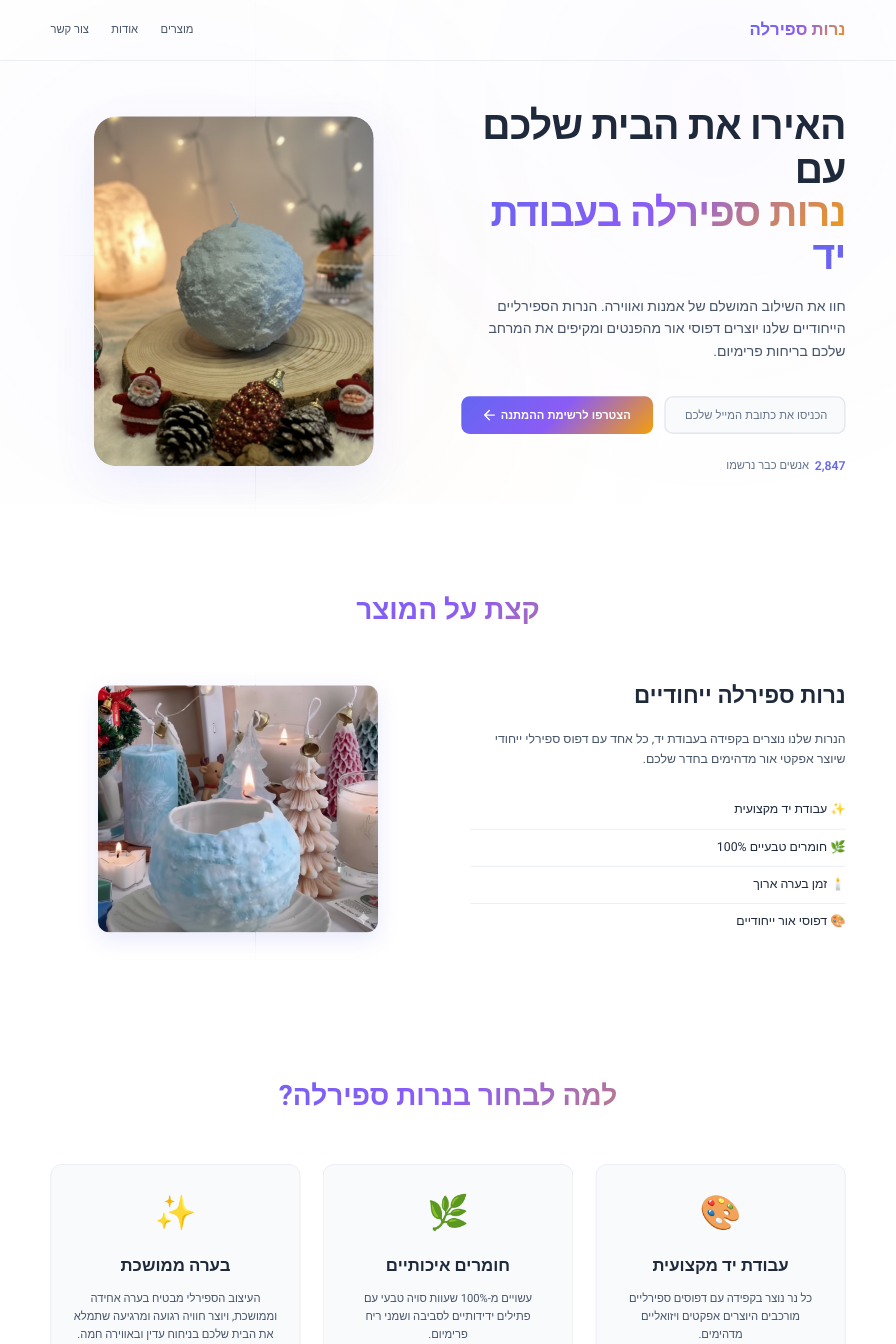
Repository: AvitaRoi/spiralcandles
Page: index.html
The author's editor kept a copy of each file at every save. The page is drawn from the files as they stood at one save, then again after the next save.
The browser window is 1280 px wide. The pictures show the part of the page from y = 0 to 1920 px (the page is 3028 px tall before and 3053 px after), at 70% of full size.

Above is the page before, as saved 2025-09-21 23:05:37.

After the next save:
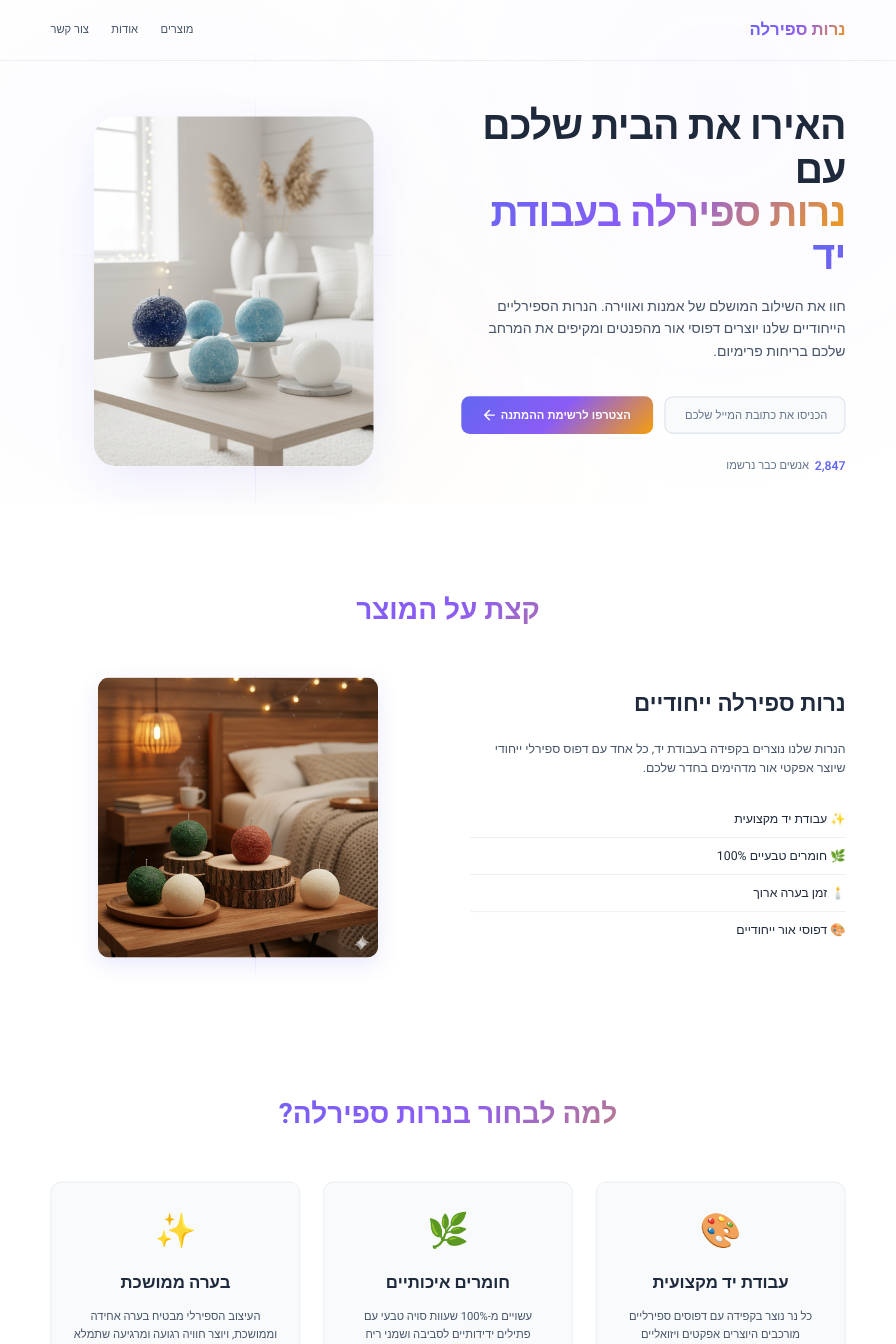
Saved 85 min 14 s later.
--- a/index.html
+++ b/index.html
@@ -76,7 +76,7 @@
             <!-- Hero Visual -->
             <div class="hero-visual">
                 <div class="product-image-container">
-                    <img src="./public/spiral-candle-1-refine.png"
+                    <img src="./public/spiral-candle-4-refine.png"
                          alt="נר ספירלה בעבודת יד"
                          class="main-product-image">
                 </div>
@@ -98,7 +98,7 @@
                     </ul>
                 </div>
                 <div class="preview-image">
-                    <img src="./public/spiral-candle-3-refine.png"
+                    <img src="./public/spiral-candle-5-refine.png"
                          alt="פרטי נר ספירלה"
                          class="detail-image">
                 </div>
